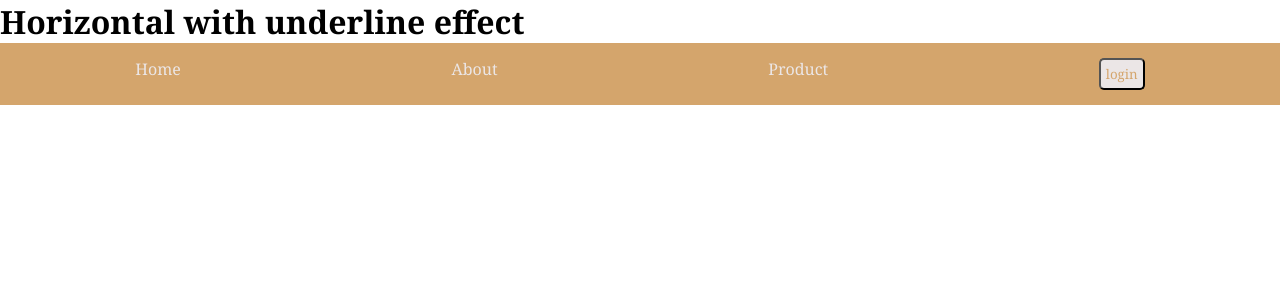
Repository: anjalipatel-dev/web-dev-learning-journey
Page: 03_html_css_ui_pages/01_navbar/index.html
An editor plug-in stored every save of this project. The page is shown before and after the next save, followed by the edit.
The browser window is 1280 px wide. The pictures show the whole page.
The pointer rests on the first visible `.login-btn`.

Above is the page before, as saved 2025-10-07 17:23:34.

After the next save:
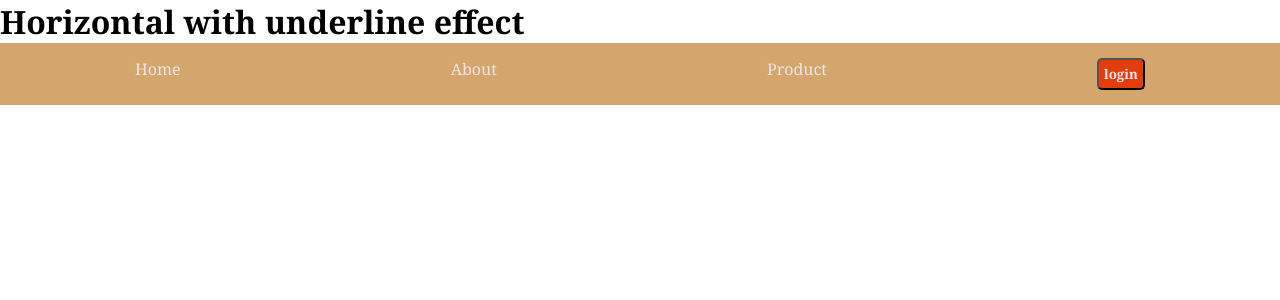
Saved 36 s later.
--- a/03_html_css_ui_pages/01_navbar/styles.css
+++ b/03_html_css_ui_pages/01_navbar/styles.css
@@ -31,3 +31,8 @@
     text-decoration: none;
     cursor: pointer;
 }
+.login-btn:hover{
+    background-color: rgb(227, 60, 13);
+    color: rgb(235, 230, 230);
+    font-weight: bold;
+}
